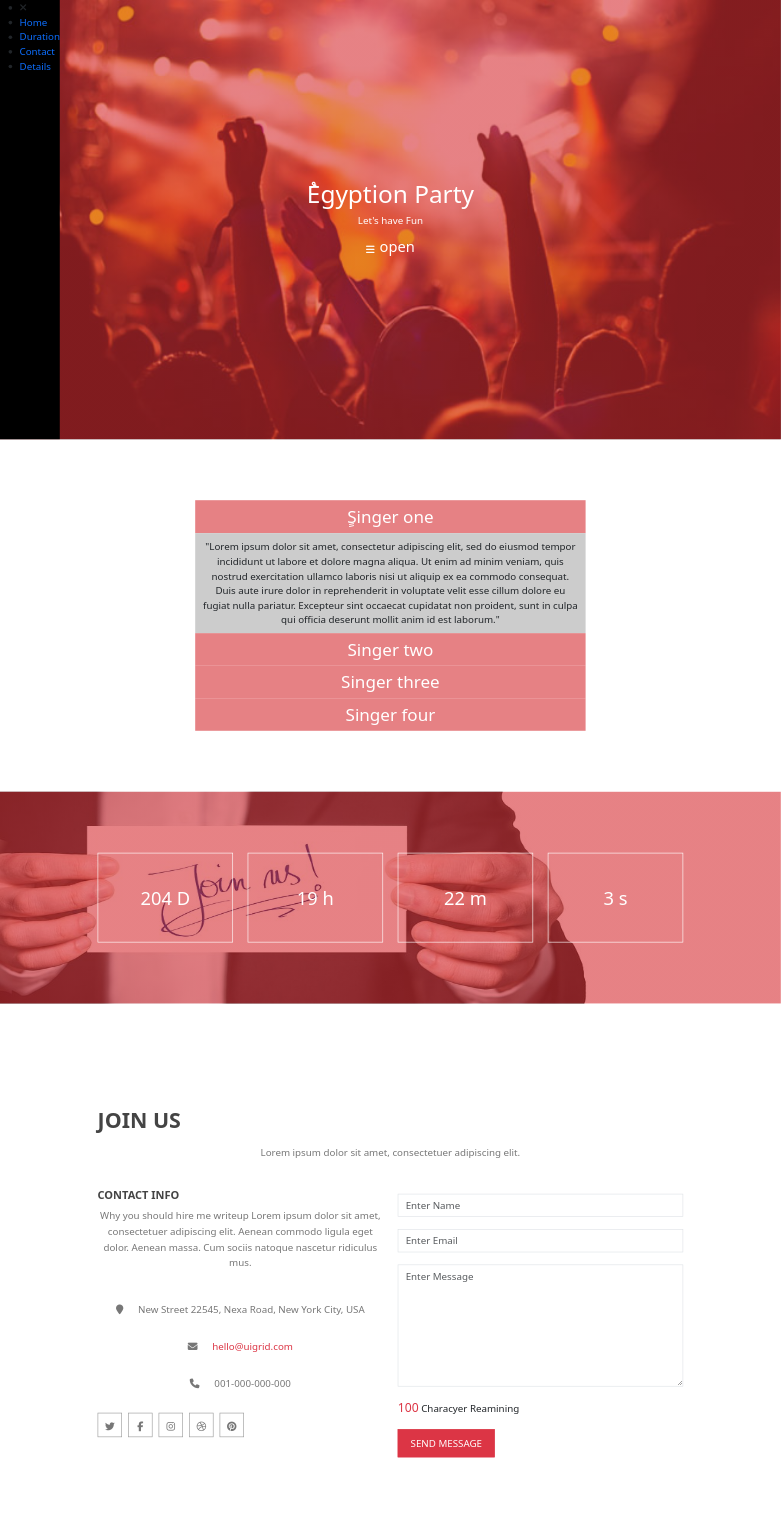
Repository: HagarYousry/jQuery
Page: index.html
An editor plug-in stored every save of this project. The page is shown before and after a run of saves, followed by the edit.
The browser window is 1280 px wide. The pictures show the whole page, at 61% of full size.

Above is the page before, as saved 2024-07-25 18:19:52.

### index.html
<!DOCTYPE html>
<html lang="en">

<head>
    <meta charset="UTF-8">
    <meta name="viewport" content="width=device-width, initial-scale=1.0">
    <title>Egyption party</title>
    <!-- web fonts  -->
    <link rel="stylesheet" href="css/all.min.css">
    <!-- bootstrap -->
    <link rel="stylesheet" href="css/bootstrap.min.css">
    <!-- main css -->
    <link rel="stylesheet" href="css/main.css">
</head>

<body>
    <div id="home">

            <div id="sideNav" class="sideNav bg-black">
                <ul class="">
                    <li class="p-0 closeIcon">
                        <i class="fa-solid fa-xmark "></i>
                    </li>
                     <li ><a class="text-decoration-none sideNav-link" href="#home">Home</a></li>
                     <li ><a class="text-decoration-none sideNav-link" href="#Acordion">Duration</a></li>
                     <li ><a class="text-decoration-none sideNav-link" href="#contact">Contact</a></li>
                     <li ><a class="text-decoration-none sideNav-link" href="#count">Details</a></li>
                </ul>
            </div>

            <div class="home-title d-flex justify-content-center align-items-center flex-column vh-100 text-white">
                <h1>ُEgyption Party</h1>
                <p>Let's have Fun</p>
                <span class="d-flex align-items-center">
                    <i class=" fa-solid fa-bars"></i>
                    <h4 class="ms-2">open</h4>
                </span>
            </div>


    </div>










    <!-- ! start sideNav section -->
    <!-- <section id="sideNav">
        <div class="navAnchor bg-black">
            <ul>
                <li class="p-0 closeIcon">
                    <i class="fa-solid fa-xmark "></i>
                </li>
                 <li ><a class="sideNav-link" href="#home">Home</a></li>
                 <li ><a class="sideNav-link" href="#Acordion">Duration</a></li>
                 <li ><a class="sideNav-link" href="#contact">Contact</a></li>
                 <li ><a class="sideNav-link" href="#count">Details</a></li>
            </ul>
        </div>

        <div class="navIcon align-self-center bg-danger bg-opacity-50 m-1 text-white p-2">
            <div class="navIcon-content d-flex align-items-center">
                <i class="fa-solid fa-bars"></i>
                <h4 class="ms-2">open</h4>
            </div>
        </div>
    </section> -->
    <!--! end sideNav section -->

    <!--! start header section  -->
    <!-- <header id="home" class="d-flex justify-content-center align-items-center flex-column">
        <div class="home-content text-center text-white">
            <h1>ُEgyption Party</h1>
            <p>Let's have Fun</p>
        </div>
    </header> -->
    <!--! end header section  -->

    <!-- start Acordion section  -->
    <section id="Acordion" class="text-center">

        <div class="container-fluid w-50 ">
            <h3 class="toggle ">ٍSinger one</h3>
            <div class="inner first">"Lorem ipsum dolor sit amet, consectetur adipiscing elit, sed do eiusmod tempor
                incididunt ut labore et dolore magna aliqua. Ut enim ad minim veniam, quis nostrud exercitation ullamco
                laboris nisi ut aliquip ex ea commodo consequat. Duis aute irure dolor in reprehenderit in voluptate
                velit
                esse cillum dolore eu fugiat nulla pariatur. Excepteur sint occaecat cupidatat non proident, sunt in
                culpa
                qui officia deserunt mollit anim id est laborum."
            </div>


            <h3 class="toggle">Singer two</h3>
            <div class="inner">"Sed ut perspiciatis unde omnis iste natus error sit voluptatem accusantium doloremque
                laudantium, totam rem aperiam, eaque ipsa quae ab illo inventore veritatis et quasi architecto beatae
                vitae
                dicta sunt explicabo. Nemo enim ipsam voluptatem quia voluptas sit aspernatur aut odit aut fugit, sed
                quia
                consequuntur magni dolores eos qui ratione voluptatem sequi nesciunt. Neque porro quisquam est, qui
                dolorem
                ipsum quia dolor sit amet, consectetur, adipisci velit, sed quia non numquam eius modi tempora incidunt
                ut
                labore et dolore magnam aliquam quaerat voluptatem. Ut enim ad minima veniam, quis nostrum
                exercitationem
                ullam corporis suscipit laboriosam, nisi ut aliquid ex ea commodi consequatur? Quis autem vel eum iure
                reprehenderit qui in ea voluptate velit esse quam nihil molestiae consequatur, vel illum qui dolorem eum
                fugiat quo voluptas nulla pariatur?"
            </div>


            <h3 class="toggle">Singer three</h3>
            <div class="inner">"But I must explain to you how all this mistaken idea of denouncing pleasure and praising
                pain was born and I will give you a complete account of the system, and expound the actual teachings of
                the
                great explorer of the truth, the master-builder of human happiness. No one rejects, dislikes, or avoids
                pleasure itself, because it is pleasure, but because those who do not know how to pursue pleasure
                rationally
                encounter consequences that are extremely painful. Nor again is there anyone who loves or pursues or
                desires
                to obtain pain of itself, because it is pain, but because occasionally circumstances occur in which toil
                and
                pain can procure him some great pleasure. To take a trivial example, which of us ever undertakes
                laborious
                physical exercise, except to obtain some advantage from it? But who has any right to find fault with a
                man
                who chooses to enjoy a pleasure that has no annoying consequences, or one who avoids a pain that
                produces no
                resultant pleasure?"
            </div>


            <h3 class="toggle">Singer four</h3>
            <div class="inner">"At vero eos et accusamus et iusto odio dignissimos ducimus qui blanditiis praesentium
                voluptatum deleniti atque corrupti quos dolores et quas molestias excepturi sint occaecati cupiditate
                non
                provident, similique sunt in culpa qui officia deserunt mollitia animi, id est laborum et dolorum fuga.
                Et
                harum quidem rerum facilis est et expedita distinctio. Nam libero tempore, cum soluta nobis est eligendi
                optio cumque nihil impedit quo minus id quod maxime placeat facere possimus, omnis voluptas assumenda
                est,
                omnis dolor repellendus. Temporibus autem quibusdam et aut officiis debitis aut rerum necessitatibus
                saepe
                eveniet ut et voluptates repudiandae sint et molestiae non recusandae. Itaque earum rerum hic tenetur a
                sapiente delectus, ut aut reiciendis voluptatibus maiores alias consequatur aut perferendis doloribus
                asperiores repellat."

            </div>

        </div>
    </section>
    <!-- end Acordion section  -->

    <!-- start count section  -->
    <section id="count">
        <div class="container-fluid w-75 text-center text-white">
            <div class="row">
                <div class="col-md-3">
                    <div class="time">
                        <span class="days">00</span>
                    </div>
                </div>

                <div class="col-md-3">
                    <div class="time">
                        <span class="hours">00</span>
                    </div>
                </div>

                <div class="col-md-3">
                    <div class="time">
                        <span class="minutes">00</span>
                    </div>
                </div>

                <div class="col-md-3">
                    <div class="time">
                        <span class="seconds">00</span>
                    </div>
                </div>

            </div>
        </div>
    </section>
    <!-- end count section  -->

    <!-- start contact-us section  -->
    <section id="contact">
        <div class="container-fluid w-75">
            <div class="head">
                <h2 class="text-uppercase fw-bold">Join Us</h2>
                <p class="text-center">Lorem ipsum dolor sit amet, consectetuer adipiscing elit.</p>
            </div>
            <div class="row mt-5">
                <div class="col-md-6">
                    <div class="col-info">
                        <h3 class="text-uppercase">CONTACT INFO</h3>
                        <p class="text-center">Why you should hire me writeup Lorem ipsum dolor sit amet, consectetuer
                            adipiscing elit.
                            Aenean commodo ligula eget dolor. Aenean massa. Cum sociis natoque nascetur ridiculus mus.
                        </p>

                        <div class="icons text-center">
                            <p><i class="fa fa-map-marker"></i> New Street 22545, Nexa Road, New York City, USA</p>

                            <p class="text-danger"><i class="fa fa-envelope"></i> hello@uigrid.com</p>
                            <p><i class="fa fa-phone"></i> 001-000-000-000</p>
                        </div>

                        <div class="social d-flex align-items-center">

                            <i class="fab fa-twitter fa-fw"></i>
                            <i class="fab fa-facebook-f fa-fw"></i>
                            <i class="fab fa-instagram fa-fw"></i>
                            <i class="fab fa-dribbble fa-fw"></i>
                            <i class="fab fa-pinterest fa-fw"></i>

                        </div>
                    </div>
                </div>

                <div class="col-md-6">
                    <form>

                        <input class="form-control mt-2" type="text" placeholder="Enter Name">
                        <input class="form-control" type="email" placeholder="Enter Email">
                        <textarea class="form-control " placeholder="Enter Message"></textarea>
                        <span id="chars" class="text-danger">100</span> Characyer Reamining
                        <button class="btn btn-danger text-uppercase">Send Message</button>

                    </form>
                </div>
            </div>
        </div>
    </section>
    <!-- end contact-us section  -->


    <!-- jquery  -->
    <script src="js/jquery-3.7.1.min.js"></script>
    <!-- index js  -->
    <script src="js/index.js"></script>


</body>

</html>

### css/main.css
#home{
    height: 100vh;
    background-image: linear-gradient(rgba(214, 46, 51, 0.6), rgba(214, 46, 51, 0.6)),
        url(../imgs/events-heavenly-header.jpg);
    background-position: center;
    background-size: cover;
    background-repeat: no-repeat;
}

#sideNav {
    position: fixed;
    top: 0;
    bottom: 0;
    left: 0;
    display: flex;
    z-index: 9999;
}






/* #sideNav {
    position: fixed;
    top: 0;
    bottom: 0;
    left: 0;
    display: flex;
    z-index: 9999;
}

#sideNav .navAnchor {
    padding: 40px 0 0 0;
    position: relative;
}

#sideNav .navAnchor ul {
    padding: 0 20px 0 20px;
}

#sideNav .navAnchor ul li {
    padding: 25px;
    list-style: none;
    cursor: pointer;
}

#sideNav .navAnchor ul li:hover a {
    color: rgba(214, 46, 51, 0.4);
}

#sideNav .navAnchor ul li a {
    text-decoration: none;
    font-size: 25px;
    color: white;
    transition: 0.3s all;
}


.closeIcon {
    position: absolute;
    top: 0;
    right: 25px;
    font-size: 26px;
    margin-left: 50px;
    color: white;
}

.navIcon {
    border-radius: 20px 20px;
}

.navIcon i,
.navIcon h4 {
    font-size: 30px;
    cursor: pointer;
}

@media (max-width: 991.98px) {
    .navIcon {
        align-self: flex-start !important;
    }

    .navIcon .navIcon-content {
        flex-direction: column;
    }
}


header {
    height: 100vh;
    background-image: linear-gradient(rgba(214, 46, 51, 0.6), rgba(214, 46, 51, 0.6)),
        url(../imgs/events-heavenly-header.jpg);
    background-position: center;
    background-size: cover;
    background-repeat: no-repeat;
}

header h1 {
    font-size: 60px;
} */



/* start Acordion section  */
#Acordion {
    padding: 100px auto;
}

.toggle {
    background-color: rgba(214, 46, 51, 0.6);
    cursor: pointer;
    color: white;
    padding: 10px;
    margin: 0px;
}

.inner {
    background-color: rgb(204, 204, 204);
    display: none;
    padding: 10px;
}

#Acordion .first {
    display: block;
}

/* end Acordion section  */

/* start count section  */

#count {
    background-image: linear-gradient(rgba(214, 46, 51, 0.6), rgba(214, 46, 51, 0.6)), url(../imgs/invitation-2508607__340.jpg);
    background-repeat: no-repeat;
    background-position: center center;
    background-size: 100% 100%;
    position: relative;
}

.container-fluid {
    padding: 100px 0px;
}

.time {
    padding: 50px;
    border: 1px solid #FFF;
    font-weight: 500;
    font-size: 30px;
}

/* end count section  */

/* start contact-us section  */
#contact {
    margin-top: 70px;
}

#contact .head h2 {
    font-size: 35px;
    color: #444;
    margin-bottom: 20px;
}

#contact .head p {
    color: #777;
    font-weight: 300;
    font-size: 16px;
}

#contact .col-md-6 .col-info .icons {
    margin-top: 50px;
}

#contact .col-md-6 .col-info .icons p {
    margin-bottom: 35px;
}

#contact .col-md-6 .col-info h3 {
    color: #444;
    font-size: 18px;
    font-weight: 900;
}

#contact .col-md-6 .col-info p {
    font-size: 16px;
    line-height: 26px;
    color: #777;
}

#contact i {
    margin-right: 20px;
    color: #777;
}

#contact .col-md-6 .col-info .social i {
    margin-right: 10px;
    border: 1px solid #999;
    width: 40px;
    height: 40px;
    line-height: 42px;
    cursor: pointer;
    text-align: center;
    transition: 0.5s all;
}

#contact .col-md-6 .col-info .social i:hover {
    color: #fff;
    background-color: #D62E33;
    border: 1px solid #D62E33;
}

#contact .col-md-6 form input,
#contact .col-md-6 form textarea {
    margin-bottom: 20px;
    border-radius: 0;
}

#contact .col-md-6 form textarea {
    height: 200px;
    resize: vertical;
}

#contact .col-md-6 form button {
    padding: 10px 20px;
    border-radius: 0;
    margin-top: 20px;
    display: block;
}

#contact .col-md-6 form #chars {
    font-size: 20px;
}
/* end contact-us section  */

### js/index.js
/// <reference types="../@types/jquery"/>

// start sideNav section

const navAnchorwidth = $('.navAnchor').outerWidth(true);

// console.log(navAnchorwidth);

//! first: Close sideNav
$('#sideNav')
    .animate({ left: -navAnchorwidth }, 0);

let isOpen = false

//! second: on click "navIcon" ,toggle open & close sideNav
$('#sideNav .navIcon')
    .on('click', function () {
        let status;
        // = isOpen ? -navAnchorwidth : 0;
        if (isOpen) {
            status = -navAnchorwidth
            $('.home-content').animate({ marginLeft: 0 }, 1000)
        } else {
            status = 0
            $('.home-content').animate({ marginLeft: navAnchorwidth }, 1000)
        }
        isOpen = !isOpen;

        $(this).parent()
            .animate({ left: status }, 1000)

    })

//! closeIcon
$('.closeIcon')
    .on('click', function () {
        isOpen = !isOpen;
        $('#sideNav')
            .animate({ left: -navAnchorwidth }, 1000);
        $('.home-content').animate({ marginLeft: 0 }, 1000)
    })


//! scroll to sections
$('.sideNav-link[href^="#"]')
    .on('click', function () {
        const sectionId = $(this).attr('href');
        // console.log(section);
        //! get section top
        const sectionTop = $(sectionId).offset().top;
        // console.log(top);
        $('html , body')
            .animate({ scrollTop: sectionTop }, 2000)
    })

// end sideNav section

// start Acordion section
//! slideToggle effect
$('#Acordion .toggle').on('click', function () {
    //! slide up all inner except the one i clicked on
    $('.inner').not($(this).next()).slideUp(500);
    //! slide toggle
    $(this).next().slideToggle(500);
});
// end Acordion section

//start count section
$(window).on('load', function () {
    countDownTime("24 january 2025 00:00:00");
})


function countDownTime(countTo) {

    //! get countTo date
    let futureDate = new Date(countTo);
    futureDate = (futureDate.getTime() / 1000);
    // console.log(futureDate);

    //! get current date
    let now = new Date();
    // console.log(now);
    now = (now.getTime() / 1000);

    //! get the difference between current date and countTo date by sec
    timeDifference = (futureDate - now);

    //?(24 * 60 * 60) ==> num. of sec in day ==> 86400
    let days = Math.floor(timeDifference / 86400);
    let hours = Math.floor((timeDifference - (days * 86400)) / 3600);
    let mins = Math.floor((timeDifference - (days * 86400) - (hours * 3600)) / 60);
    let secs = Math.floor((timeDifference - (days * 86400) - (hours * 3600) - (mins * 60)))


    $(".days").html(`${days} D`);
    $(".hours").html(`${hours} h`);
    $(".minutes").html(`${mins} m`);
    $('.seconds').html(`${secs} s`)

    //! Repeating the Countdown Every Second
    setInterval(function () {
        countDownTime(countTo);
    }, 1000);
}
//end count section

//start contact-us section
let maxLength = 100;
$('textarea').on('keyup', function () {
    //! val as getter ==> lenght
    let length = $(this).val().length;
    // console.log(length);
    let AmountLeft = maxLength - length;
    console.log(AmountLeft);
    if (AmountLeft <= 0) {
        $("#chars").text("your available characters finished");
    }
    else {
        $("#chars").text(AmountLeft);
    }
});
//end contact-us section

Loaded but not shown: css/all.min.css (library); css/bootstrap.min.css (library); js/jquery-3.7.1.min.js (library)

After the next 2 saves:
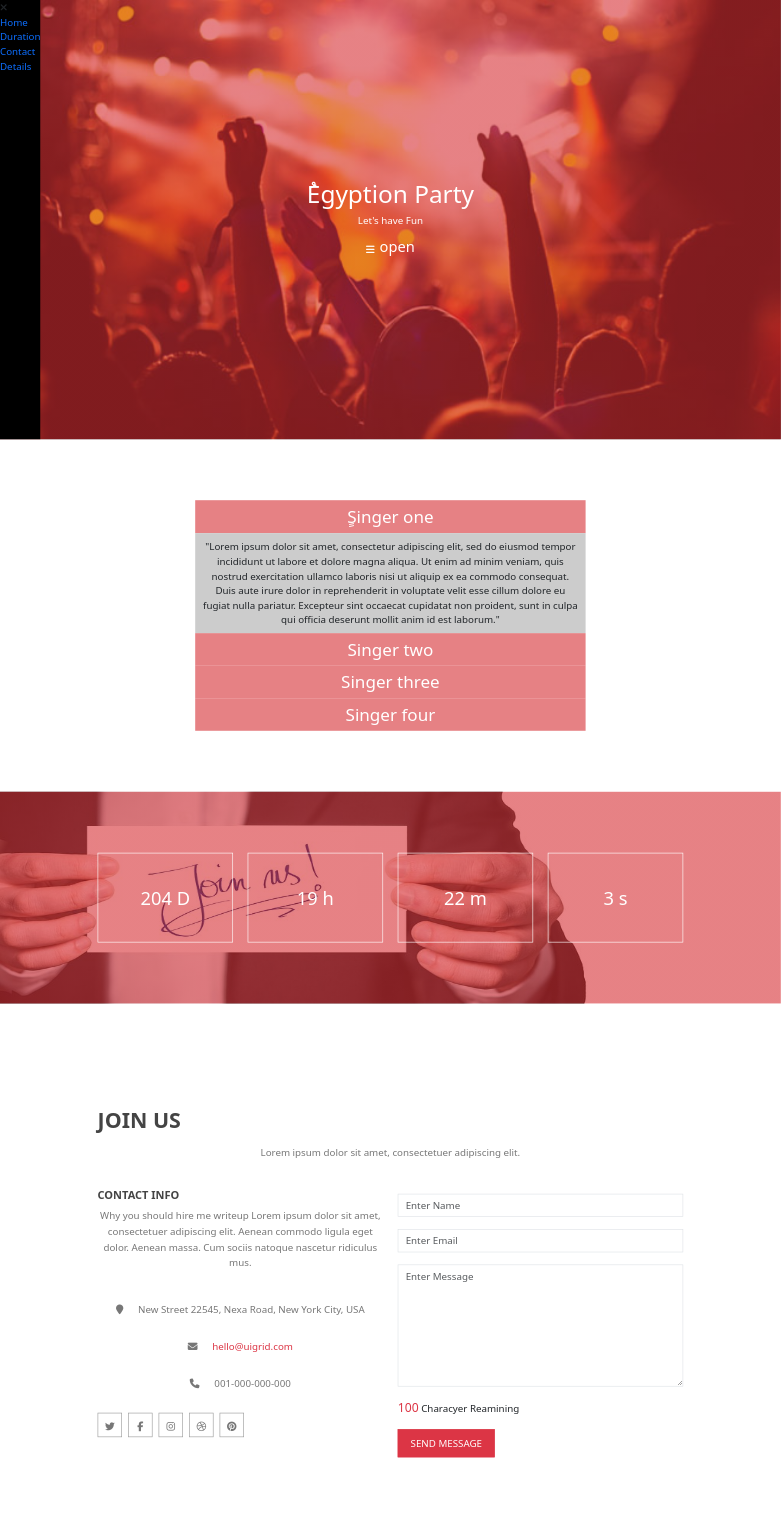
The 2 saves are shown as one change because they came seconds apart.
The last was saved 8 s later.
--- a/index.html
+++ b/index.html
@@ -17,7 +17,7 @@
     <div id="home">
 
             <div id="sideNav" class="sideNav bg-black">
-                <ul class="">
+                <ul class="list-unstyled">
                     <li class="p-0 closeIcon">
                         <i class="fa-solid fa-xmark "></i>
                     </li>
